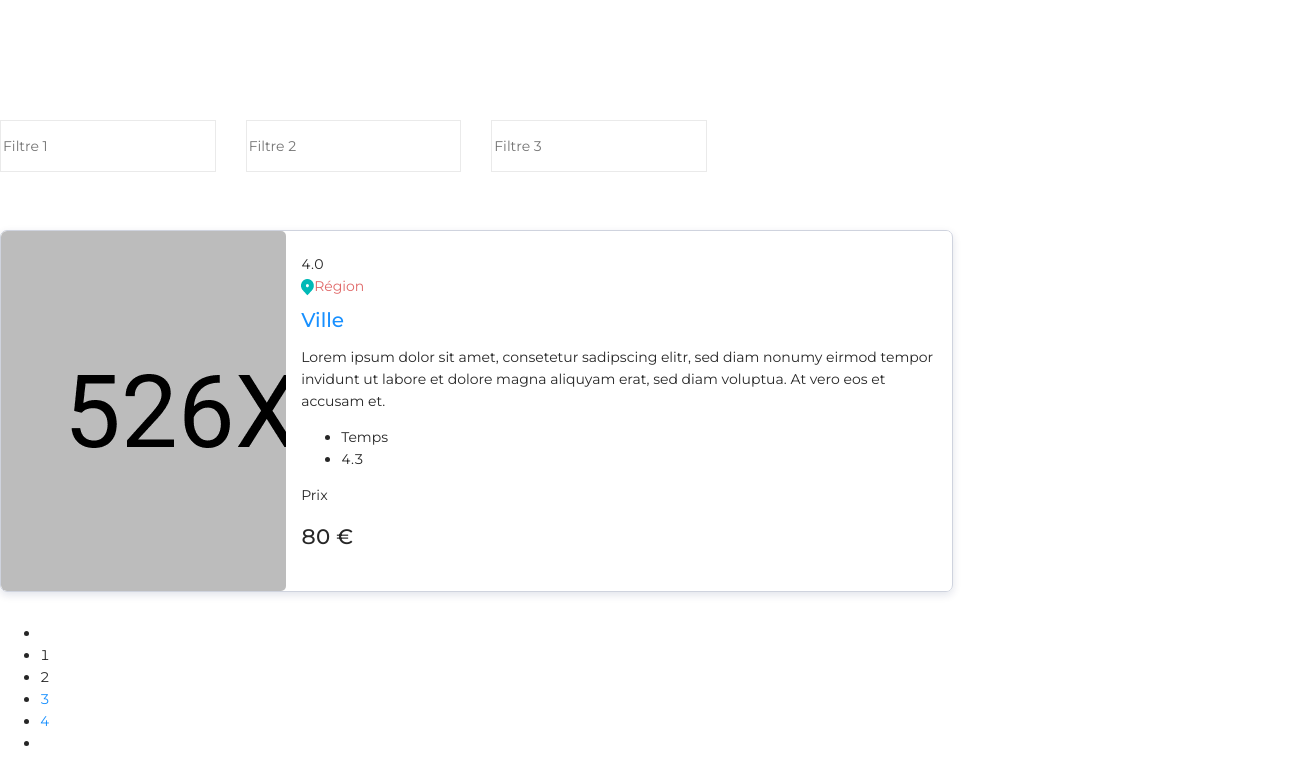
Repository: Emerson1220/projet-neofeel-lacapsule
Page: /roadPlanner (app in reactapp/)
An editor plug-in stored every save of this project. The page is shown before and after a run of saves, followed by the edit.
The browser window is 1280 px wide. The page is 1295 px wide, so the pictures cover 1295 px, including what lies to the right of the window. The pictures show the whole page.
The project was rebuilt for these pictures with package versions that can differ from the ones it lists, and the page was loaded fresh each time. Also part of the build but not shown: reactapp/src/Nav.js, reactapp/src/ScreenHome.js.

Above is the page before, as saved 2021-05-18 10:47:51.

### reactapp/src/App.js
import './App.css';
import Nav from './Nav'
import {BrowserRouter as Router, Switch, Route} from 'react-router-dom'

import ScreenHome from './ScreenHome';
import ScreenRoadPlanner from './screens/ScreenRoadPlanner';

function App() {
  return (



    // <SearchPage></SearchPage>
      <Router>
        <Switch>
          <Route component={ScreenHome} path="/" exact />
          <Route component={ScreenRoadPlanner} path="/roadPlanner"  />
          {/* <Route component={ScreenConnexion} path="/connexion"  />
          <Route component={ScreenSearch} path="/recherche"  />
          <Route component={ScreenInfo} path="/info"  />
          <Route component={ScreenPartner} path="/partenaire"  />
          <Route component={ScreenRoadPlanner} path="/roadPlanner"  />
          <Route component={ScreenTrips} path="/voyages"  />
          <Route component={ScreenProfil} path="/profil"  />
          <Route component={ScreenBasket} path="/panier"  />
          <Route component={ScreenSuggestion} path="/suggestion"  /> */}
        </Switch>
      </Router>

  );
}

export default App;

### reactapp/src/App.css
@import '~antd/dist/antd.css';
@import url('https://fonts.googleapis.com/css2?family=Montserrat:ital,wght@0,200;0,300;0,400;0,500;0,600;0,700;1,400;1,600&display=swap');

* {
  font-family: 'Montserrat', sans-serif;
}

.App {
  text-align: center;
}

.App-logo {
  height: 40vmin;
  pointer-events: none;
}

@media (prefers-reduced-motion: no-preference) {
  .App-logo {
    animation: App-logo-spin infinite 20s linear;
  }
}

.App-header {
  background-color: #282c34;
  min-height: 100vh;
  display: flex;
  flex-direction: column;
  align-items: center;
  justify-content: center;
  font-size: calc(10px + 2vmin);
  color: white;
}

.App-link {
  color: #61dafb;
}

@keyframes App-logo-spin {
  from {
    transform: rotate(0deg);
  }
  to {
    transform: rotate(360deg);
  }
}
/* CSS NAVBAR _______________________*/



.h1-montserrat {
  width: auto; /* 366px */
  height: auto; /* 58px */
  overflow: visible;
  white-space: pre;
  letter-spacing: 0px;
  line-height: 1.2;
  color: #106271;
  font-weight: 700;
  font-family: "Inter-Bold", "Inter", sans-serif;
  font-size: 48px;
}

.devenezPartenaireButton{

background-color: #e06868;
overflow: visible;
  white-space: pre;
  letter-spacing: 0px;
line-height: 1.2;
  color: #ffffff;
  font-weight: 700;
  font-family: "Inter-Bold", "Inter", sans-serif;
width: 150px;
height: 50px;
left: 971px;
top: 40px;
border-radius: 5px;
}

.listNav{
  color: #106271;
  margin: 0px 0px;
}

### reactapp/src/screens/ScreenRoadPlanner.js
import React from 'react';
import '../App.css';
import { Button } from 'antd';
import { Link } from 'react-router-dom';
import Nav from '../Nav'

function ScreenRoadPlanner() {

    return (	<div style={{ paddingTop:'120px' }}>

                <div style={ styles.container }>

                    <div style={ styles.row }>

                        <div style={ styles.col_xl_9 }>
                            <div style={{ marginBottom:'40px' }}> {/* Filters */}

                                <div style={ styles.row }>
                                    <div style={ styles.col_xl_3 }>
                                        <label style={ styles.single_input_wrap }>
                                            <i style={ styles.icons_la }/>
                                            <input style={ styles.single_input_wrap_input } type="text" placeholder="Filtre 1" />
                                        </label>
                                    </div>

                                    <div style={ styles.col_xl_3 }>
                                        <label style={ styles.single_input_wrap }>
                                            <i style={ styles.icons_la }/>
                                            <input style={ styles.single_input_wrap_input } type="text" placeholder="Filtre 2" />
                                        </label>
                                    </div>

                                    <div style={ styles.col_xl_3 }>
                                        <label style={ styles.single_input_wrap }>
                                            <i style={ styles.icons_la }/>
                                            <input style={ styles.single_input_wrap_input } type="text" placeholder="Filtre 3" />
                                        </label>
                                    </div>
                                </div>
                            </div> {/* End -> ButtonFilters */}

                            <div style={ styles.experiences_list_area }> {/* Container -> Card expérience */}
                                <div style={ styles.single_destinations}> {/* Card expérience */}
                                    <div style={ styles.image_card }>
                                        <img src="images/photo-526x360.png" alt="list" />
                                    </div>
                                    <div style={ styles.detail_card }>
                                        <div>
                                            <i style={ styles.icons_fa_1  }/>
                                            <i style={ styles.icons_fa_1 } />
                                            <i style={ styles.icons_fa_1  } />
                                            <i style={ styles.icons_fa_1  } />
                                            <i style={ styles.icons_fa_2  } />
                                            <span>4.0</span>
                                        </div>

                                        <p style={{ color: '#e06868', marginBottom: '8px'}}><img src="images/icone-geo.png" alt="map" />Région</p>
                                        <h4 style={ styles.h4 } ><Link to="/">Ville</Link></h4>
                                        <p className="content">Lorem ipsum dolor sit amet, consetetur sadipscing elitr, sed diam nonumy eirmod tempor invidunt ut labore et dolore magna aliquyam erat, sed diam voluptua. At vero eos et accusam et.</p>

                                        <div className="list-price-meta">
                                            <ul className="tp-list-meta d-inline-block">
                                                <li><i className="fa fa-clock-o" /> Temps</li>
                                                <li><i className="fa fa-star" /> 4.3</li>
                                            </ul>
                                            <div className="tp-price-meta d-inline-block">
                                                <p>Prix</p>
                                                <h2>80 <span>€</span></h2>
                                            </div>
                                        </div>
                                    </div>
                                </div> {/* End -> Card expérience */}
                            </div> {/* End -> Container -> Card expérience */}


                            <div className="text-md-center text-left"> {/* Pagination */}
                                <div className="tp-pagination text-md-center text-left d-inline-block mt-4">
                                    <ul>
                                        <li><a className="prev page-numbers" href="#"><i className="la la-long-arrow-left" /></a></li>
                                        <li><span className="page-numbers">1</span></li>
                                        <li><span className="page-numbers current">2</span></li>
                                        <li><a className="page-numbers" href="#">3</a></li>
                                        <li><a className="page-numbers" href="#">4</a></li>
                                        <li><a className="next page-numbers" href="#"><i className="la la-long-arrow-right" /></a></li>
                                    </ul>
                                </div>
                            </div>{/* End -> Pagination */}
                        </div>
                    </div>
                </div>
            </div>
    )
};

let styles = {
    container: {
        width: '100%',
        paddingright: '15px',
        paddingleft: '15px',
        marginright: 'auto',
        marginleft: 'auto',
    },

    row:{
        display: 'flex',
        flexWrap: 'wrap',
        marginRight: '-15px',
        marginLeft: '-15px',
    },

    col_xl_9:{
        position: 'relative',
        flex: '0 0 75%',
        maxWidth: '75%',
        width: '100%',
        minHeight: '1px',
        paddingRight: '15px',
        paddingLeft: '15px',
        },

    col_xl_3:{
        position: 'relative',
        flex: '0 0 25%',
        maxWidth: '25%',
        width: '100%',
        minHeight: '1px',
        paddingRight: '15px',
        paddingLeft: '15px',
        },

    single_input_wrap:{
        position: 'relative',
        width: '100%',
        marginBottom: '18px',
        display: 'inline-block',
    },

    single_input_wrap_input:{
        background: '#ffffff',
        border: '1px solid #EAEAEA',
        height: '52px',
        width: '100%',
    },

    icons_la:{
        display: 'inline-block',
        position: 'absolute',
        top: '17px',
        left: '20px',
        color: '#CFD3DE',
        font: 'normal normal normal 16px/1 LineAwesome',
        fontSize: 'inherit',
        textDecoration: 'inherit',
        textRendering: 'optimizeLegibility',
        textTransform: 'none',
    },

    experiences_list_area:{
        boxSizing: 'border-box',
        outline: 'none',
    },

    single_destinations:{
        display: 'flex',
        flexWrap: 'wrap',
        margin: '0 0 30px 0',
        border: '1px solid #CFD3DE',
        boxShadow: '0px 3px 9px #071c551f',
        borderRadius: '7px',
        position: 'relative',
        overflow: 'hidden',
    },

    image_card:{
        position: 'relative',
        background: '#106271',
        overflow: 'hidden',
        flex: '0 0 30%',
        backgroundSize: 'cover',
        backgroundRepeat: 'no-repeat',
        backgroundPosition: 'center center',
        minHeight: '200px',
        borderRadius: '5px',
    },

    detail_card:{
        flex: '0 0 70%',
        padding: '22px 15px',
        background: '#ffffff',
    },

    icons_fa_1:{
        display: 'inline-block',
        font: 'normal normal normal 14px/1 FontAwesome',
        fontSize: 'inherit',
        textRendering: 'auto',
        color: '#f3941e',
    },

    icons_fa_2:{
        display: 'inline-block',
        font: 'normal normal normal 14px/1 FontAwesome',
        fontSize: 'inherit',
        textRendering: 'auto',
        color: '#d4d4d4',
    },

    h4:{
        fontSize: '20px',
        color: '#e06868',
    },



    }













export default ScreenRoadPlanner;

Loaded but not shown: reactapp/public/index.html (common file); reactapp/src/index.js (common file); reactapp/src/index.css (common file); reactapp/src/reportWebVitals.js (common file)

After the next 2 saves:
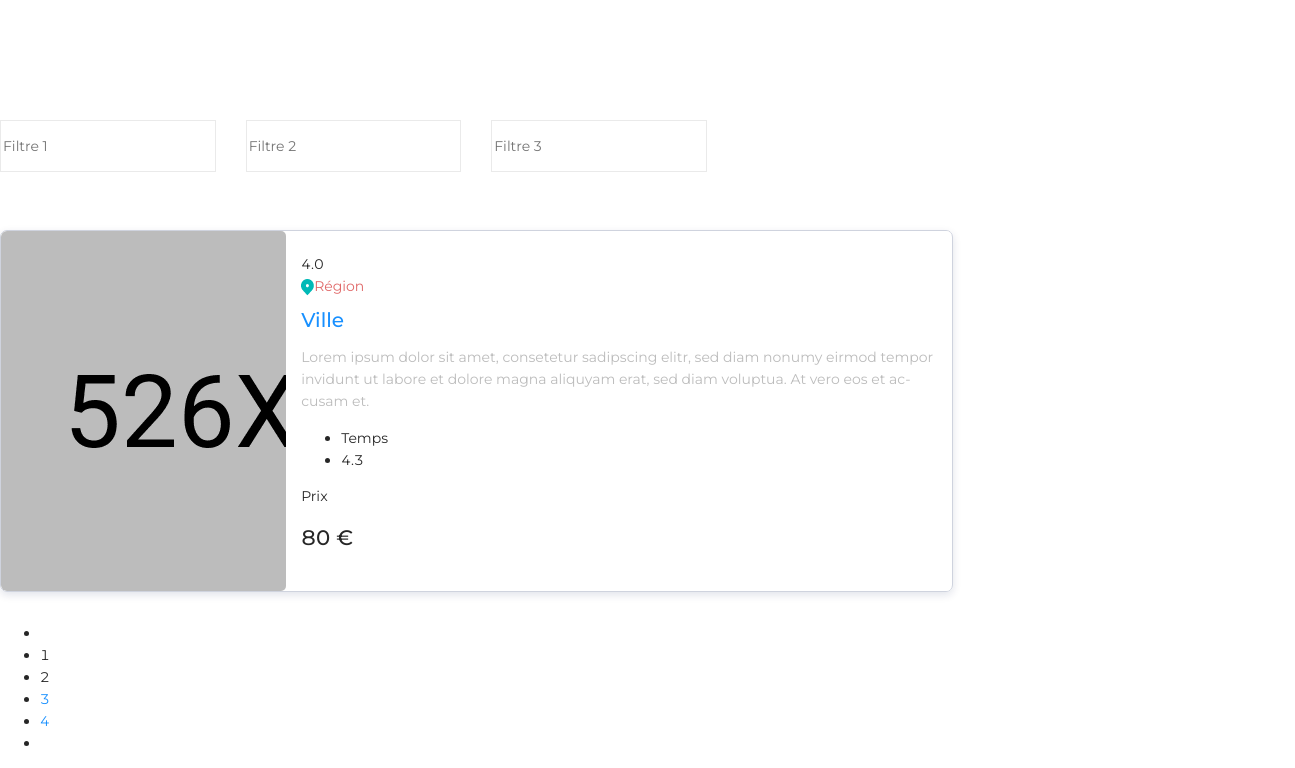
The 2 saves are shown as one change because 1 did not build or start.
The last was saved 4 min 17 s later.
--- a/reactapp/src/screens/ScreenRoadPlanner.js
+++ b/reactapp/src/screens/ScreenRoadPlanner.js
@@ -56,7 +56,7 @@ function ScreenRoadPlanner() {
 
                                         <p style={{ color: '#e06868', marginBottom: '8px'}}><img src="images/icone-geo.png" alt="map" />Région</p>
                                         <h4 style={ styles.h4 } ><Link to="/">Ville</Link></h4>
-                                        <p className="content">Lorem ipsum dolor sit amet, consetetur sadipscing elitr, sed diam nonumy eirmod tempor invidunt ut labore et dolore magna aliquyam erat, sed diam voluptua. At vero eos et accusam et.</p>
+                                        <p style={ styles.card_content } >Lorem ipsum dolor sit amet, consetetur sadipscing elitr, sed diam nonumy eirmod tempor invidunt ut labore et dolore magna aliquyam erat, sed diam voluptua. At vero eos et accusam et.</p>
 
                                         <div className="list-price-meta">
                                             <ul className="tp-list-meta d-inline-block">
@@ -210,12 +210,18 @@ let styles = {
         color: '#e06868',
     },
 
-
-
+    card_content:{
+        marginBottom: '15px',
+        color: '#bcbcbc',
+        hyphens: 'auto',
     }
 
 
 
+    }
+
+
+
 
 
 
